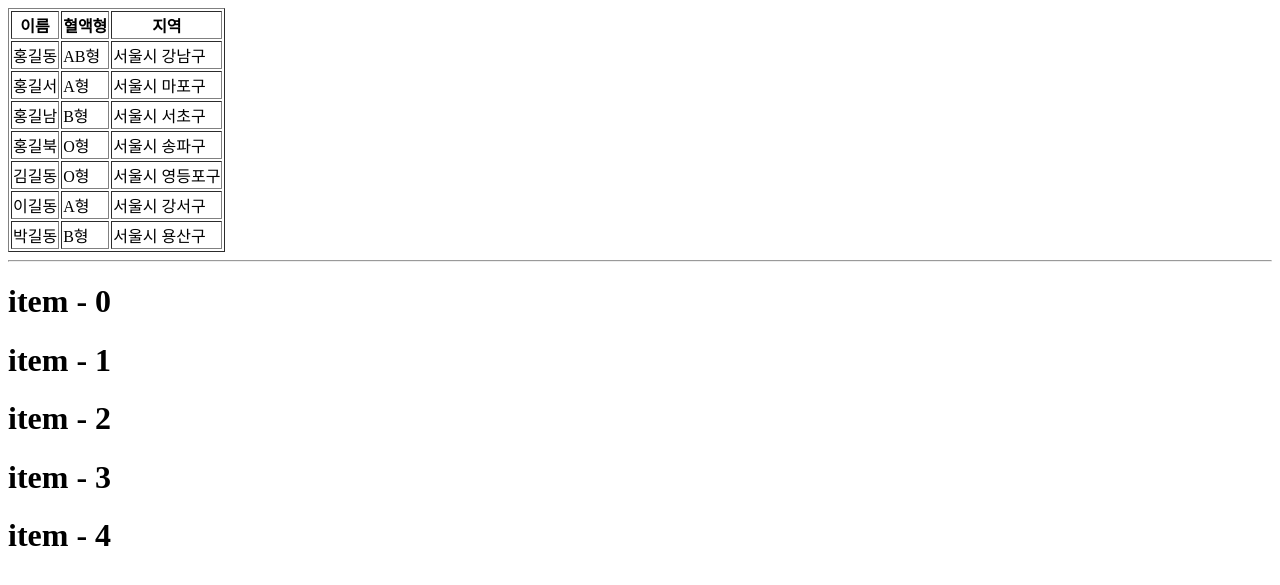
Repository: chlguswns1/web-practice
Page: jQuery/src/main/webapp/01_jQueryBasic.html
These files come from the project's save history. The page is drawn as it stood at one moment and after the next save; the edit follows.
The browser window is 1280 px wide. The pictures show the whole page.

Above is the page before, as saved 2023-03-09 01:51:38.

After the next save:
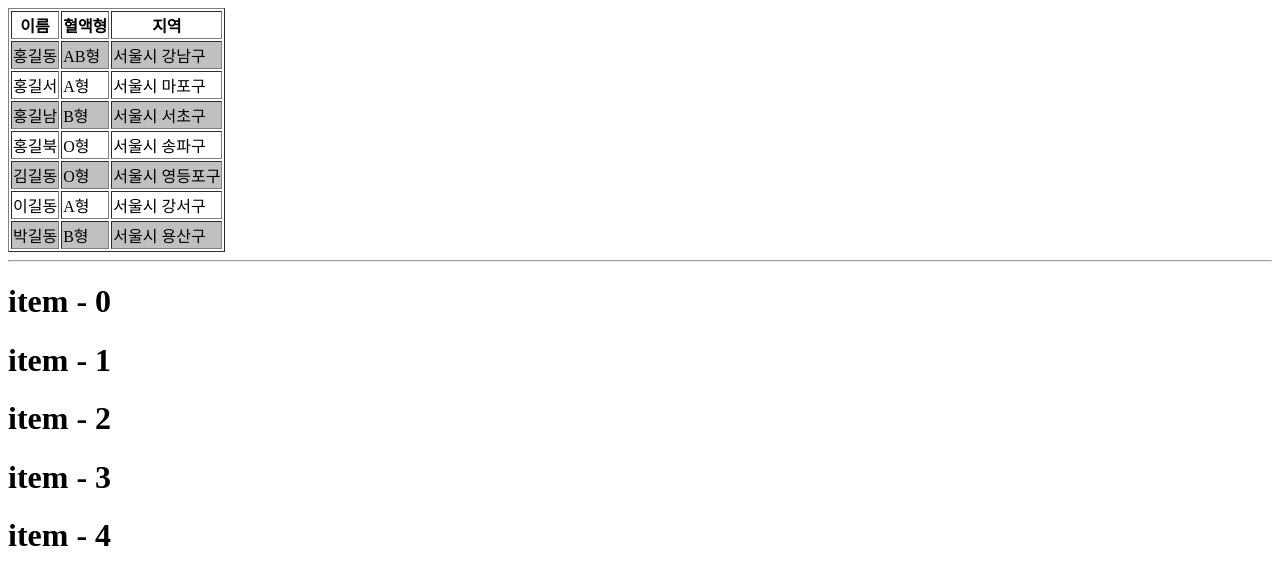
Saved 40 s later.
--- a/jQuery/src/main/webapp/01_jQueryBasic.html
+++ b/jQuery/src/main/webapp/01_jQueryBasic.html
@@ -149,7 +149,7 @@ $(document).ready(function(){
 //    >> 요소:last -> 마지막에 위치한 문서 객체 선택.
 
 	$(function () {
-		$('tr:odd')
+		$('tr:odd').css('background','silver')
 	})
 
 // 3) 함수 필터 선택자
